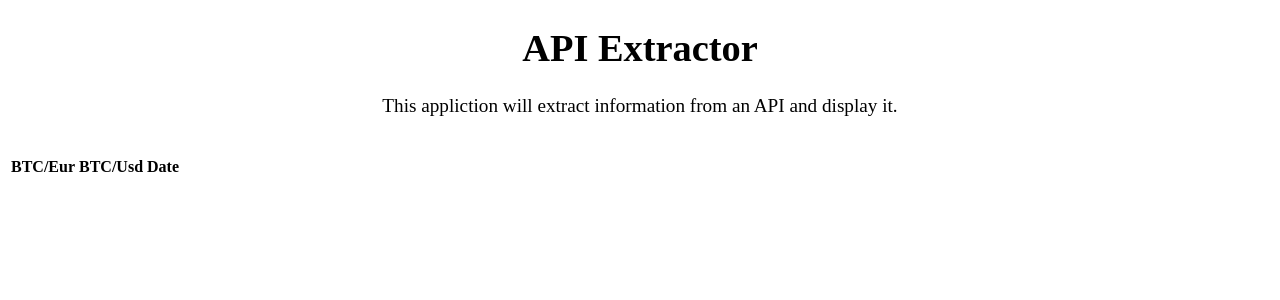
Repository: vxyux/api-extraction
Page: index.html
The author's editor kept a copy of each file at every save. The page is drawn from the files as they stood at one save, then again after the next save.
The browser window is 1280 px wide. The pictures show the whole page.
The page's requests for data from a server got no answer.

Above is the page before, as saved 2023-09-05 10:34:43.

### index.html
<!DOCTYPE html>
<html lang="en">
<head>
  <meta charset="UTF-8">
  <meta name="viewport" content="width=device-width, initial-scale=1.0">
  <title>Document</title>
  <link rel="stylesheet" href="stylesheet.css">
  <script src="app.js"></script>
</head>
<body>
  <div class="center">
    <h1>API Extractor</h1>
    <p>This appliction will extract information from an API and display it.</p>
  </div>

  <img src="" id="loading" alt="">

  <table>
  <tr>
    <th>BTC/Eur</th>
    <th>BTC/Usd</th>
    <th>Date</th>
  </tr>
  <tr>
    <td><div id="rate-eur"></div></td>
    <td><div id="rate-usd"></div></td>
    <td><div id="date"></div></td>
  </tr>
</table>
</body>
</html>

### stylesheet.css
.center {
  text-align: center;
  font-size: 120%;
}

table
{

}

### app.js
const api_url = 'https://api.coindesk.com/v1/bpi/currentprice.json';

async function getapi(url) {
  const response = await fetch(url);

  var data = await response.json();

  console.log(data.bpi.EUR.rate);

  if (response) {
    hideloader();
  }
  show(data);
}

getapi(api_url);

function hideloader() {
  document.getElementById('loading').style.display = 'none';
}

function show(data) {
  var rate_eur = data.bpi.EUR.rate;
  var rate_usd = data.bpi.USD.rate;
  var date = data.time.updated;

  document.getElementById('rate-eur').innerHTML =
    '<p>' + rate_eur + '</p>';

  document.getElementById('rate-usd').innerHTML =
    '<p>' + rate_usd + '</p>';

  document.getElementById('date').innerHTML =
    '<p>' + date + '</p>';
}

After the next save:
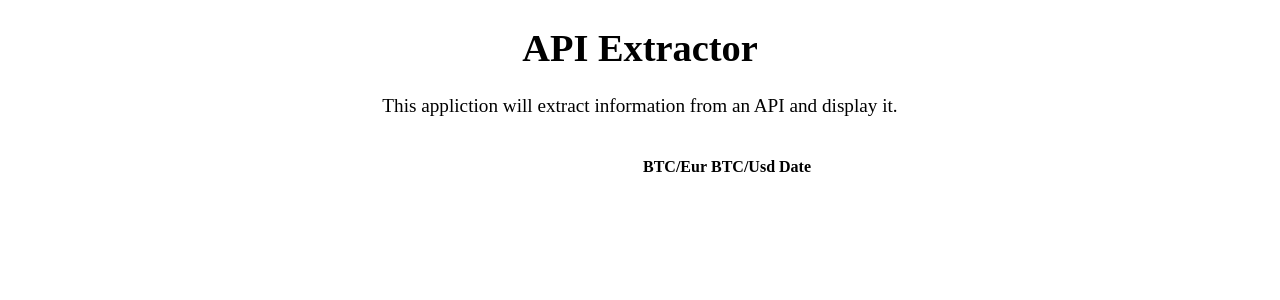
Saved 5 s later.
--- a/stylesheet.css
+++ b/stylesheet.css
@@ -5,5 +5,5 @@
 
 table
 {
-
+  margin-left: 50%;
 }
